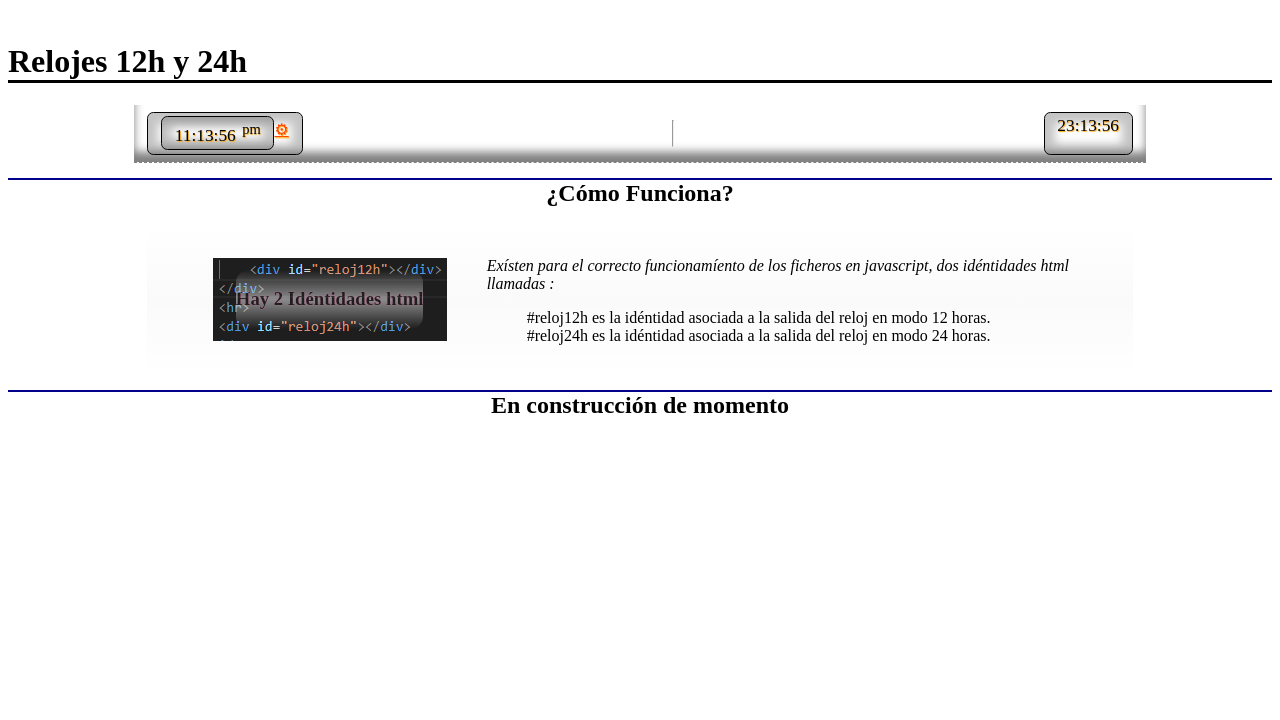
Repository: marcostonfor/clocks
Page: index.html
An editor plug-in stored every save of this project. The page is shown before and after a run of saves, followed by the edit.
The browser window is 1280 px wide. The pictures show the whole page.

Above is the page before, as saved 2024-09-18 23:26:30.

### index.html
<!DOCTYPE html>
<html lang="ca-ES, en-US">

<head>
    <meta charset="utf-8">
    <meta name="viewport" content="width=device-width, initial-scale=1">
    <title>relojes</title>
    <style>

        body {
            background-image: linear-gradient(0deg, transparent, black, tra)
        }

        h1 {
            margin-top: 6vh;
            border-bottom: 0.3vw solid black;
        }

        #dosRelojes {
            width: 80%;
            height: auto;
            margin: 2vh auto;
            padding: 1vh 1vw;
            display: flex;
            border-bottom: 0.1vw dashed gray;
            /* box-shadow: inset -0.2vh 0 06px hsl(41, 100%, 50%); */
            box-shadow: inset 0 -10px 10px rgba(0, 0, 0, 0.5);
        }

        summary::marker {
            content: none !important;
        }

        summary {
            cursor: pointer !important;
            color: orangered;
            text-decoration: underline;
            margin: 0.5vh auto;
            font-size: 12pt;
        }

        #caja12h {
            display: flex;
        }

        h2 {
            text-align: center;
            margin-top: 2vh;
            border-top: 0.2vw solid darkblue;
        }

        #identidades_principales {
            display: flex;
            justify-content: space-around;
            align-items:last baseline;
            padding: 2vh 2vw;
            width: 78%;
            margin: auto auto;
            background-image: repeating-linear-gradient(0deg, transparent, hsla(0, 0%, 96%, 0.5), transparent)
        }

        .conFoto figure {
            position: relative;
            display: flex;
            align-items: center;
            justify-content: center;
        }

        .conFoto figure figcaption {
            position: absolute;
            border-radius: 1vw;
            text-shadow: 0 0 1px hotpink;
            background-image:  repeating-linear-gradient(0deg, transparent, hsla(0, 0%, 96%, 0.5), transparent);
            mix-blend-mode: screen;
        }
    </style>
</head>

<body>
    <header>
        <h1>Relojes 12h y 24h</h1>
        <aside id="dosRelojes">
            <div id="caja12h">
                <div id="reloj12h"></div>
            </div>
            <hr>
            <div id="reloj24h"></div>
        </aside>
        <nav></nav>
    </header>
    <main>
        <h2>¿Cómo Funciona?</h2>
        <section id="identidades_principales">
            <article class="conFoto">
                <figure>
                    <img src="./img/identidades.png" alt="foto de las id principales">
                <figcaption><h3>Hay 2 Idéntidades html</h3></figcaption>
                </figure>
            </article>
            <article class="conTexto">
                <p>
                    <cite>Exísten para el correcto funcionamíento de los ficheros en javascript, dos idéntidades html
                        llamadas :</cite>
                <blockquote>
                    #reloj12h es la idéntidad asociada a la salida del reloj en modo 12 horas.
                    <br>
                    #reloj24h es la idéntidad asociada a la salida del reloj en modo 24 horas.
                </blockquote>
                </p>
            </article>
        </section>
    </main>
    <h2>En construcción de momento</h2>
    <script type="module" src="./relojes.js"></script>
</body>

</html>

### relojes.js

import { estilosPersonales } from './archivoEstilos.js';
import { conf12h } from './archivoConfiguracion.js';
function laHora() {
	const Reloj = class {
		constructor(formato, salida) {
			this.ahora = new Date();
			this.reloj = {
				hora: this.ahora.getHours(),
				minuto: this.ahora.getMinutes(),
				segundo: this.ahora.getSeconds()
			};
			this._formato = formato;
			this._salida = salida;
		}

		get formato() {
			return this._formato;
		}

		get salida() {
			return this._salida;
		}

		set formato(horaActual) {
			this._formato = horaActual;
		}

		set salida(output) {
			this._salida = output;
		}

		anyadirCero(formatear) {
			return formatear <= 9 ? "0" + formatear : formatear;
		}

		_12h() {
			let horas = this.reloj.hora % 12;
			if (horas === 0) horas = 12;
			const amOpm = this.reloj.hora >= 12 ? "pm" : "am";
			this._formato = `${this.anyadirCero(horas)}:${this.anyadirCero(this.reloj.minuto)}:${this.anyadirCero(this.reloj.segundo)}<sup>${amOpm}</sup>`;
			return this._formato;
		}

		_24h() {
			this._formato = `${this.anyadirCero(this.reloj.hora)}:${this.anyadirCero(this.reloj.minuto)}:${this.anyadirCero(this.reloj.segundo)}`;
			return this._formato;
		}
	};

	const laSalida = () => {
		const salida = document.getElementById("reloj12h");
		const salida24h = document.getElementById("reloj24h");
		const doceHoras = new Reloj();
	//	salida.innerHTML = doceHoras._12h();
	//	salida24h.innerHTML = doceHoras._24h();

 // Verifica si existe el elemento #reloj12h
 if (salida) {
	salida.innerHTML = doceHoras._12h();
	conf12h(); // Llamada a la función conf12h() si el elemento existe
}

// Verifica si existe el elemento #reloj24h
if (salida24h) {
	salida24h.innerHTML = doceHoras._24h();
}


	function estiloscss(estilosPersonales) {

		const estils = document.createElement('STYLE');
		estils.textContent = `
* {
    box-sizing: border-box;
}

div {
    text-align: center;
    width: fit-content;
    border: 0.1vw solid black;
    font-size: 13pt;
    padding: 0.5vh 1vw;
    box-shadow: inset 0 0 10px 10px hsla(0, 0%, 41%, 0.397);
    font-family: 'Comic Sans MS';
    color: black;
    text-shadow: 0.1vh 0.1vw 1px orange;
    border-radius: 0.5vw;
}


sup {
    margin-left: 0.5vw !important;
}
	`;
		if (estilosPersonales) {
			estils.textContent += estilosPersonales;
		}


		document.head.appendChild(estils);
}

	// Llamada a la función con estilos adicionales
	estiloscss(estilosPersonales);


	};

// estiloscss();
return setInterval(laSalida, 1000);
}
laHora();

### archivoEstilos.js
export const estilosPersonales = `

    `;

### archivoConfiguracion.js
export function conf12h() {
    const config = document.createElement('DETAILS');
    const summary = document.createElement('SUMMARY');
    summary.innerHTML = `&#9881;`;
    config.appendChild(summary);

    // Verificar si el checkbox ya existe
    if (!document.getElementById('miCheckbox')) {
        const checkbox = document.createElement('input');
        checkbox.type = 'checkbox';
        checkbox.id = 'miCheckbox';
        checkbox.checked = true; // Mostrar <sup> por defecto

        const label = document.createElement('label');
        label.htmlFor = 'miCheckbox'; // Asegúrate de que coincida con el id del checkbox
        label.textContent = 'Ver "am" "pm"';

        // Crear un elemento <style> para manejar la visibilidad de <sup>
        let estils = document.getElementById('dynamicStyles');
        if (!estils) {
            estils = document.createElement('style');
            estils.id = 'dynamicStyles';
            document.head.appendChild(estils);
        }

        // Función para actualizar el estilo de <sup>
        const updateSupVisibility = () => {
            if (checkbox.checked) {
                estils.textContent = `
                    sup {
                        display: inline !important;
                    }
                `;
            } else {
                estils.textContent = `
                    sup {
                        display: none !important;
                    }
                `;
            }
        };

        // Inicializar el estilo de <sup>
        updateSupVisibility();

        // Agregar un evento al checkbox para alternar la visibilidad de <sup>
        checkbox.addEventListener('change', updateSupVisibility);

        const mostrarConfiguracion = document.getElementById('caja12h');
        // Agregar el checkbox y el label al cuerpo del documento
        label.appendChild(checkbox);
        config.appendChild(label);
        mostrarConfiguracion.appendChild(config);
    }
}

After the next 2 saves:
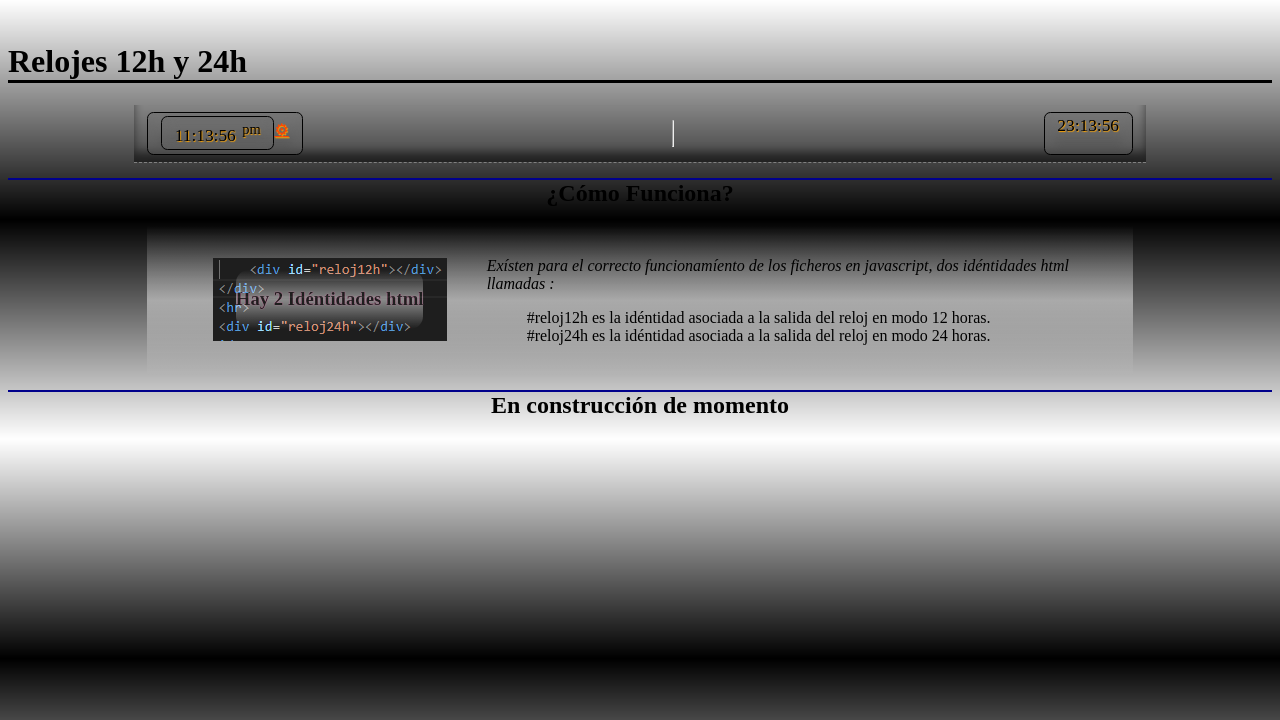
The 2 saves are shown as one change because they came seconds apart.
The last was saved 7 s later.
--- a/index.html
+++ b/index.html
@@ -8,7 +8,7 @@
     <style>
 
         body {
-            background-image: linear-gradient(0deg, transparent, black, tra)
+            background-image: linear-gradient(0deg, transparent, black, transparent);
         }
 
         h1 {

After the save that followed:
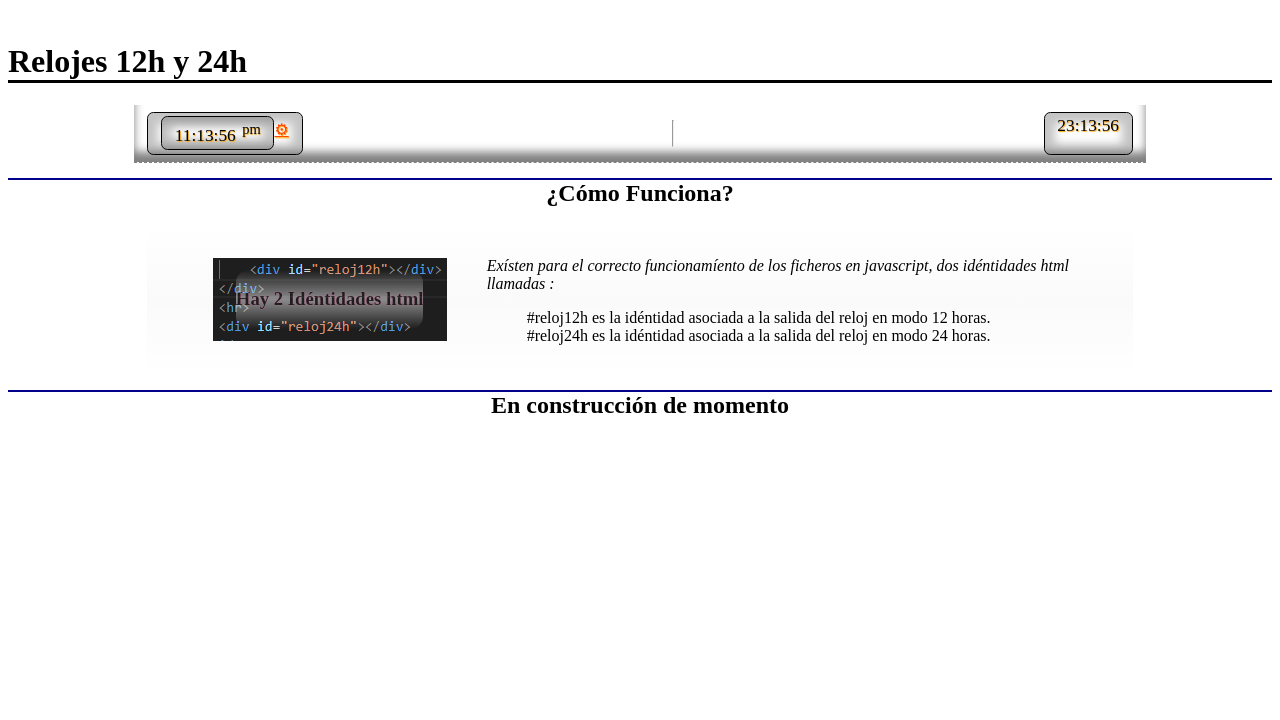
Saved 21 s later.
--- a/index.html
+++ b/index.html
@@ -8,7 +8,7 @@
     <style>
 
         body {
-            background-image: linear-gradient(0deg, transparent, black, transparent);
+            background-image: relinear-gradient(0deg, transparent, black, transparent);
         }
 
         h1 {
